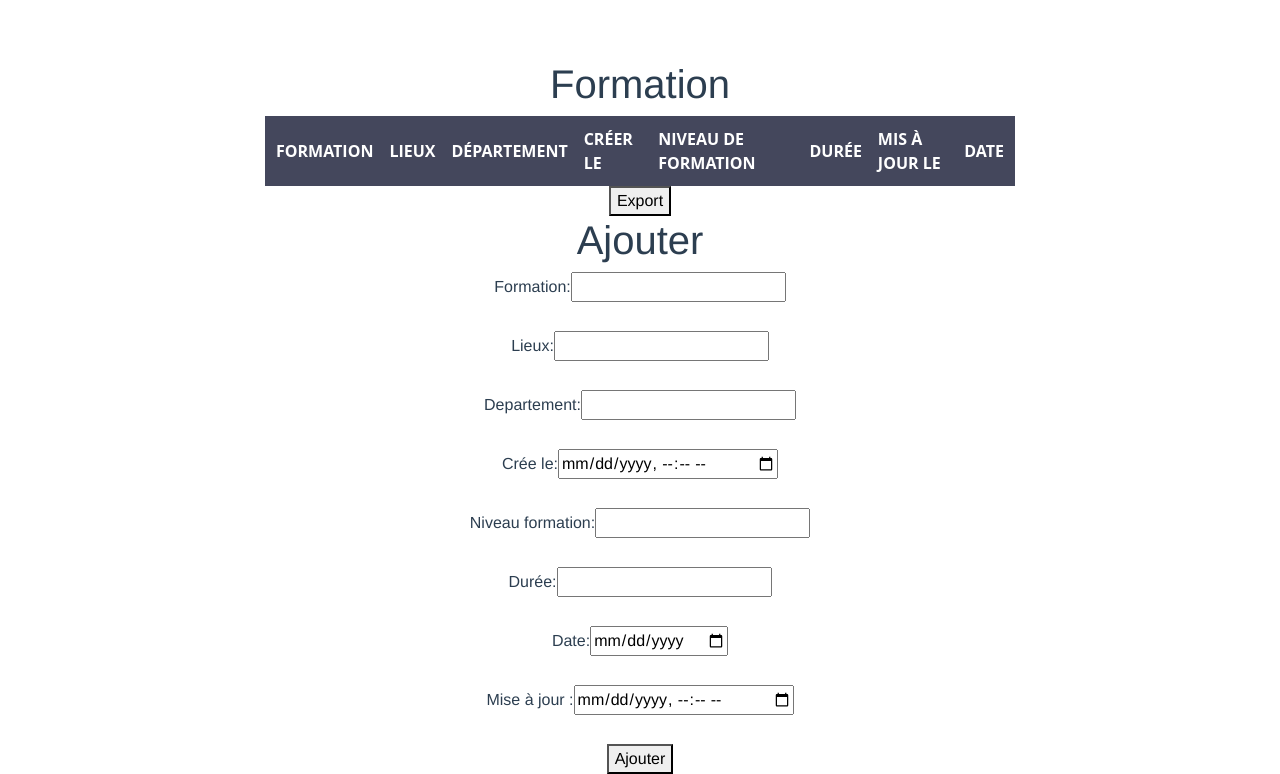
Repository: BaldeThierno1990/Projet-1-formation-tableau-generique-vue-export
Page: / (app in mcc/)
These files come from the project's save history. The page is drawn as it stood at one moment and after the next save; the edit follows.
The browser window is 1280 px wide. The pictures show the whole page.
The page's requests for data from a server got no answer. The project was rebuilt for these pictures with package versions that can differ from the ones it lists, and the page was loaded fresh each time. No one was signed in, and anything a server would have sent is missing.

Above is the page before, as saved 2021-03-18 09:59:02.

After the next save:
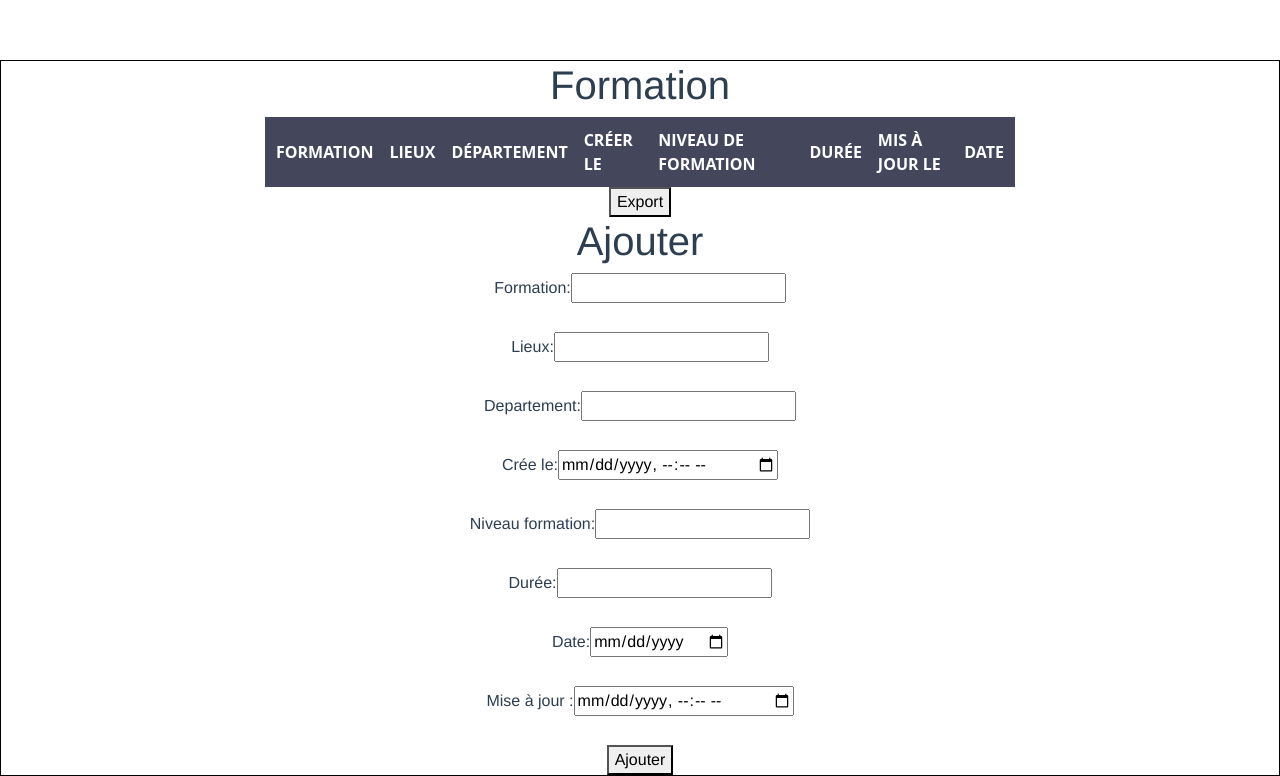
Saved 67 s later.
--- a/mcc/src/components/Home.vue
+++ b/mcc/src/components/Home.vue
@@ -71,6 +71,9 @@
 table tbody tr:nth-child(2n) td {
   background: #D4D8F9;
 }
+.home{
+  border: 1px solid black;
+}
 </style>
 <script>
 // import API from "@/services/api.js";
